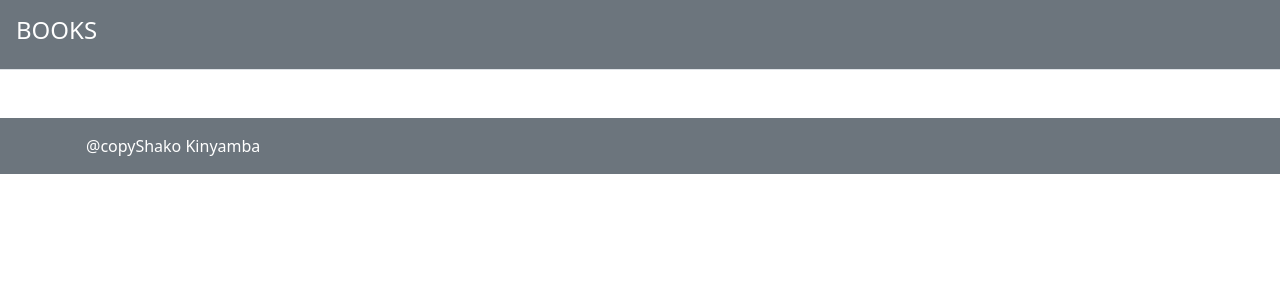
Repository: SKB-TECH/Books
Page: /
These files come from the project's save history. The page is drawn as it stood at one moment and after a run of saves; the edit follows.
The browser window is 1280 px wide. The pictures show the whole page.
The project was rebuilt for these pictures with package versions that can differ from the ones it lists, and the page was loaded fresh each time. Also part of the build but not shown: vite.config.js.

Above is the page before, as saved 2022-11-09 15:41:18.

After the next 2 saves:
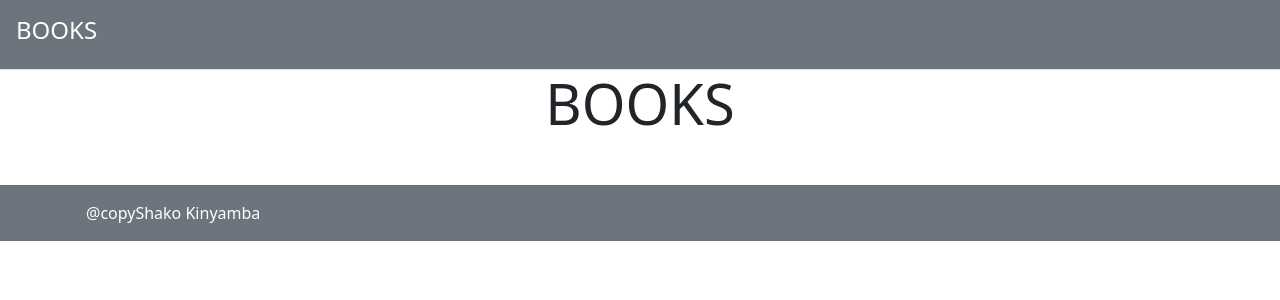
The 2 saves are shown as one change because they came seconds apart.
The last was saved 8 s later.
--- a/src/Containers/AddBooks.jsx
+++ b/src/Containers/AddBooks.jsx
@@ -6,7 +6,7 @@ const AddBooks = () => {
             <div className='jumbotron jumbotron-fluid'>
                 <div className='container text-center'>
                     <h1 className='display-4'>
-
+                        BOOKS
                     </h1>
                 </div>
             </div>
